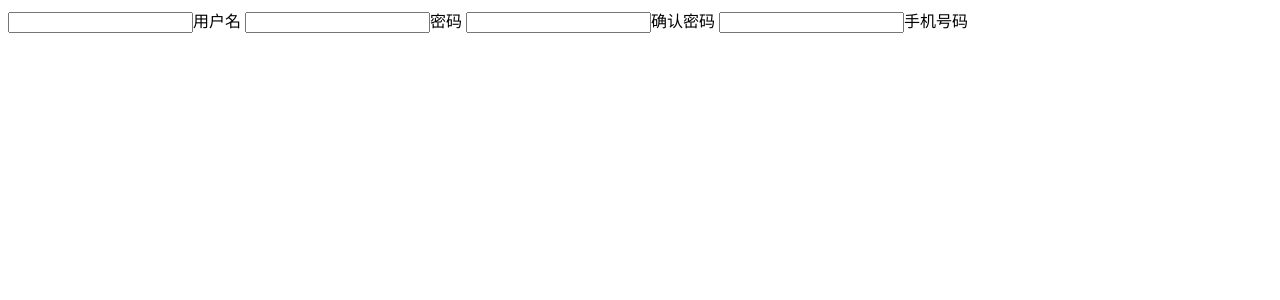
Repository: wxamlzm/campus0714
Page: views/req.html
The author's editor kept a copy of each file at every save. The page is drawn from the files as they stood at one save, then again after the next save.
The browser window is 1280 px wide. The pictures show the whole page.

Above is the page before, as saved 2021-07-11 23:19:43.

After the next save:
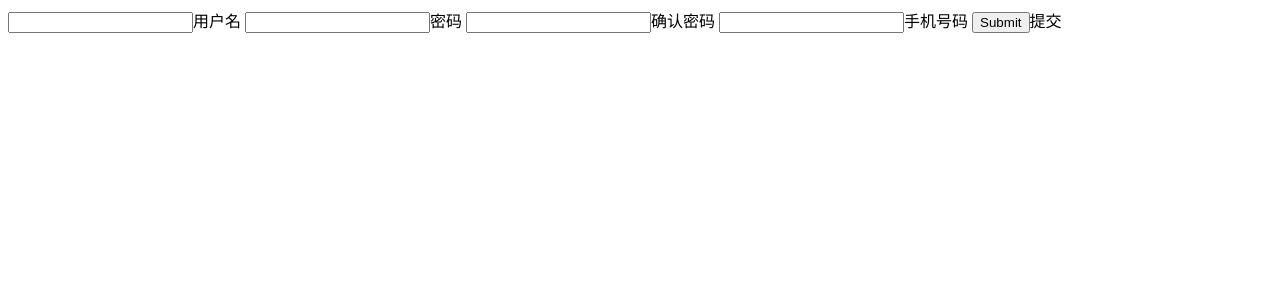
Saved 13 s later.
--- a/views/req.html
+++ b/views/req.html
@@ -9,7 +9,7 @@
         <input type="password" id="upwd">密码
         <input type="password" id="upwdqr">确认密码
         <input type="text" id="uphone">手机号码
-
+        <input type="submit">提交
     </body>
     <script src="./js/req.js"></script>
 </html>
